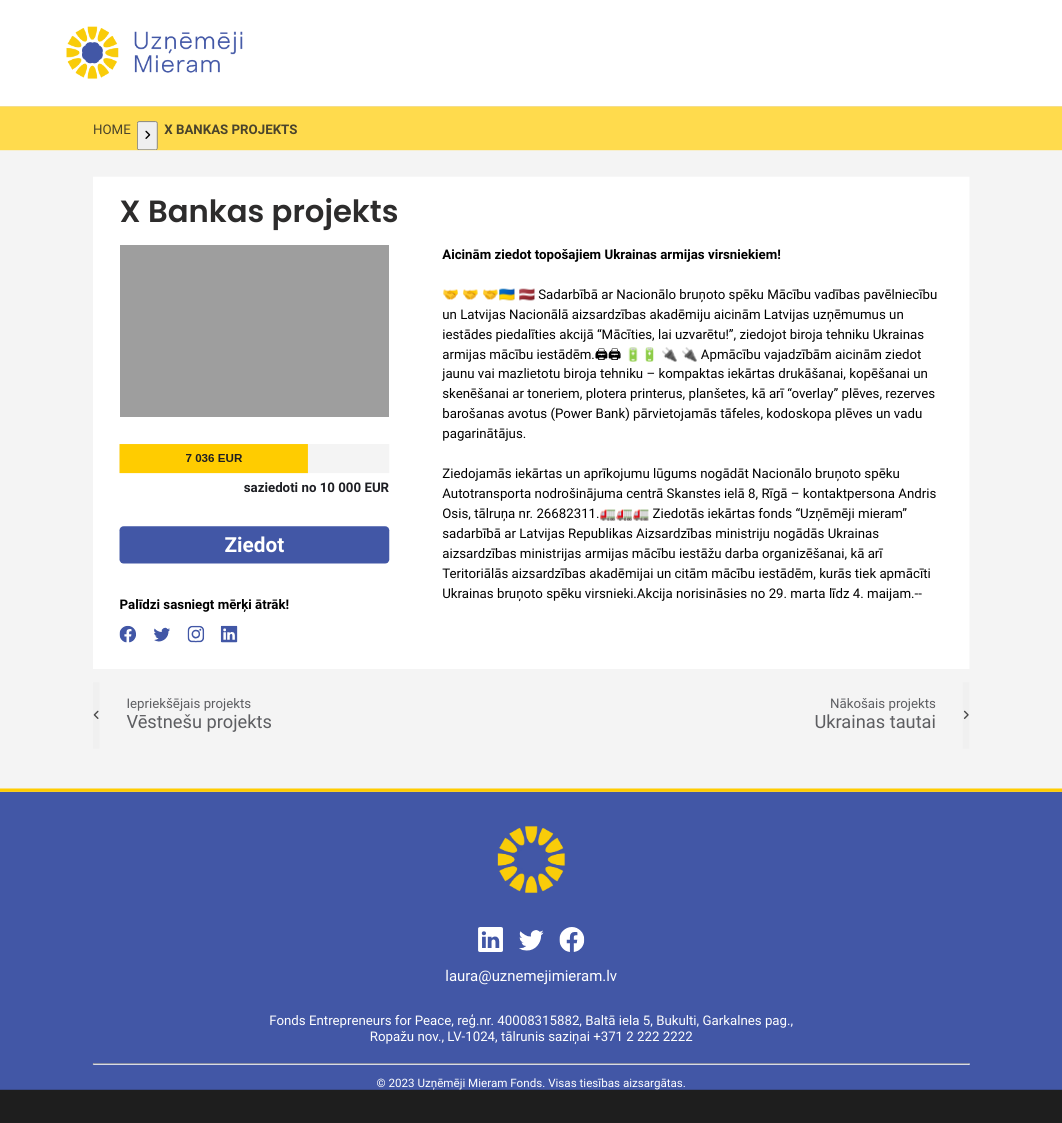
Repository: KatrinaPa/projekts11
Page: projekts-xbank.html
These files come from the project's save history. The page is drawn as it stood at one moment and after the next save; the edit follows.
The browser window is 1280 px wide. The pictures show the whole page, at 83% of full size.
Pictures or frames that could not be fetched are drawn as grey boxes.

Above is the page before, as saved 2023-05-30 22:22:02.
Console error: TypeError: Cannot read properties of null (reading 'children')

### projekts-xbank.html
<!DOCTYPE html>
<html lang="en">

<head>
    <meta charset="UTF-8">
    <meta http-equiv="X-UA-Compatible" content="IE=edge">
    <meta name="viewport" content="width=device-width, initial-scale=1.0">
    <title>X Banka</title>
    <link rel="preconnect" href="https://fonts.googleapis.com">
    <link rel="preconnect" href="https://fonts.gstatic.com" crossorigin>
    <link href="https://fonts.googleapis.com/css2?family=Poppins:wght@300;400;500;600;700&display=swap"
        rel="stylesheet">
    <link rel="preconnect" href="https://fonts.googleapis.com">
    <link rel="preconnect" href="https://fonts.gstatic.com" crossorigin>
    <link href="https://fonts.googleapis.com/css2?family=Poppins:wght@300;400;500;600&display=swap" rel="stylesheet">
    <link rel="stylesheet" href="./assets/main.css" />
    <link rel="stylesheet" href="./assets/projekti.css" />
    <link rel="stylesheet" href="https://cdnjs.cloudflare.com/ajax/libs/font-awesome/6.2.0/css/all.min.css" />
    <script src="assets/main.js" defer></script>
</head>

<body>
    <div class="panel">
        <header class="header">
            <nav class="navbar">
                <a href="sakums.html" id="project-nav-home"><img src="assets/images/UM_logo.png" alt="uznemejiMieram"
                        id="logo"></a>
                <div class="navigation">
                    <ul class="nav-menu">
                        <li class="nav-item"><a href="sakums.html" class="nav-link">Sākums</a></li>
                        <li class="nav-item"><a href="donate_projects.html" class="nav-link">Ziedot</a></li>
                    </ul>
                    <div class="hamburger">
                        <span class="bar"></span>
                        <span class="bar"></span>
                        <span class="bar"></span>
                    </div>
                </div>
            </nav>
        </header>
        <main>
            <section id="wrapper_project" class="section_project">
                <div class="project-nav">
                    <a href="sakums.html" id="project-nav-home">HOME</a>
                    <button class="project-nav-next">
                        <i id="right" class="fa-solid fa-angle-right"></i>
                    </button>
                    <p>X BANKAS PROJEKTS</p>
                </div>
                <div class="carousel_project">
                    <h1>X Bankas projekts</h1>
                    <div class="wrapper_donate_project">
                        <div class="donate_project-left">
                            <img src="assets/images/img_01.jpg" alt="">
                            <div class="thMeter_raised">
                                <div class="thMeter-wrapper">
                                    <button id="thMeter-proj-xbank">7 036 EUR</button>
                                    <p>saziedoti no 10 000 EUR</p>
                                </div>
                            </div>

                            <div class="btn_ziedot-project">
                                <a href="donate_Ukr-private-onetime.html" class="ziedot-proj"
                                    id="ziedot-proj-xbank">Ziedot</a>
                            </div>
                            <div class="share">
                                <p>Palīdzi sasniegt mērķi ātrāk!</p>
                                <div>
                                    <svg xmlns="http://www.w3.org/2000/svg" width="20" height="20" fill="#4257A6"
                                        class="bi bi-facebook" viewBox="0 0 16 16">
                                        <path
                                            d="M16 8.049c0-4.446-3.582-8.05-8-8.05C3.58 0-.002 3.603-.002 8.05c0 4.017 2.926 7.347 6.75 7.951v-5.625h-2.03V8.05H6.75V6.275c0-2.017 1.195-3.131 3.022-3.131.876 0 1.791.157 1.791.157v1.98h-1.009c-.993 0-1.303.621-1.303 1.258v1.51h2.218l-.354 2.326H9.25V16c3.824-.604 6.75-3.934 6.75-7.951z" />
                                    </svg>
                                    <svg xmlns="http://www.w3.org/2000/svg" width="20" height="20" fill="#4257A6"
                                        class="bi bi-twitter" viewBox="0 0 16 16">
                                        <path
                                            d="M5.026 15c6.038 0 9.341-5.003 9.341-9.334 0-.14 0-.282-.006-.422A6.685 6.685 0 0 0 16 3.542a6.658 6.658 0 0 1-1.889.518 3.301 3.301 0 0 0 1.447-1.817 6.533 6.533 0 0 1-2.087.793A3.286 3.286 0 0 0 7.875 6.03a9.325 9.325 0 0 1-6.767-3.429 3.289 3.289 0 0 0 1.018 4.382A3.323 3.323 0 0 1 .64 6.575v.045a3.288 3.288 0 0 0 2.632 3.218 3.203 3.203 0 0 1-.865.115 3.23 3.23 0 0 1-.614-.057 3.283 3.283 0 0 0 3.067 2.277A6.588 6.588 0 0 1 .78 13.58a6.32 6.32 0 0 1-.78-.045A9.344 9.344 0 0 0 5.026 15z" />
                                    </svg>
                                    <svg xmlns="http://www.w3.org/2000/svg" width="20" height="20" fill="#4257A6"
                                        class="bi bi-instagram" viewBox="0 0 16 16">
                                        <path
                                            d="M8 0C5.829 0 5.556.01 4.703.048 3.85.088 3.269.222 2.76.42a3.917 3.917 0 0 0-1.417.923A3.927 3.927 0 0 0 .42 2.76C.222 3.268.087 3.85.048 4.7.01 5.555 0 5.827 0 8.001c0 2.172.01 2.444.048 3.297.04.852.174 1.433.372 1.942.205.526.478.972.923 1.417.444.445.89.719 1.416.923.51.198 1.09.333 1.942.372C5.555 15.99 5.827 16 8 16s2.444-.01 3.298-.048c.851-.04 1.434-.174 1.943-.372a3.916 3.916 0 0 0 1.416-.923c.445-.445.718-.891.923-1.417.197-.509.332-1.09.372-1.942C15.99 10.445 16 10.173 16 8s-.01-2.445-.048-3.299c-.04-.851-.175-1.433-.372-1.941a3.926 3.926 0 0 0-.923-1.417A3.911 3.911 0 0 0 13.24.42c-.51-.198-1.092-.333-1.943-.372C10.443.01 10.172 0 7.998 0h.003zm-.717 1.442h.718c2.136 0 2.389.007 3.232.046.78.035 1.204.166 1.486.275.373.145.64.319.92.599.28.28.453.546.598.92.11.281.24.705.275 1.485.039.843.047 1.096.047 3.231s-.008 2.389-.047 3.232c-.035.78-.166 1.203-.275 1.485a2.47 2.47 0 0 1-.599.919c-.28.28-.546.453-.92.598-.28.11-.704.24-1.485.276-.843.038-1.096.047-3.232.047s-2.39-.009-3.233-.047c-.78-.036-1.203-.166-1.485-.276a2.478 2.478 0 0 1-.92-.598 2.48 2.48 0 0 1-.6-.92c-.109-.281-.24-.705-.275-1.485-.038-.843-.046-1.096-.046-3.233 0-2.136.008-2.388.046-3.231.036-.78.166-1.204.276-1.486.145-.373.319-.64.599-.92.28-.28.546-.453.92-.598.282-.11.705-.24 1.485-.276.738-.034 1.024-.044 2.515-.045v.002zm4.988 1.328a.96.96 0 1 0 0 1.92.96.96 0 0 0 0-1.92zm-4.27 1.122a4.109 4.109 0 1 0 0 8.217 4.109 4.109 0 0 0 0-8.217zm0 1.441a2.667 2.667 0 1 1 0 5.334 2.667 2.667 0 0 1 0-5.334z" />
                                    </svg>
                                    <svg xmlns="http://www.w3.org/2000/svg" width="20" height="20" fill="#4257A6"
                                        class="bi bi-linkedin" viewBox="0 0 16 16">
                                        <path
                                            d="M0 1.146C0 .513.526 0 1.175 0h13.65C15.474 0 16 .513 16 1.146v13.708c0 .633-.526 1.146-1.175 1.146H1.175C.526 16 0 15.487 0 14.854V1.146zm4.943 12.248V6.169H2.542v7.225h2.401zm-1.2-8.212c.837 0 1.358-.554 1.358-1.248-.015-.709-.52-1.248-1.342-1.248-.822 0-1.359.54-1.359 1.248 0 .694.521 1.248 1.327 1.248h.016zm4.908 8.212V9.359c0-.216.016-.432.08-.586.173-.431.568-.878 1.232-.878.869 0 1.216.662 1.216 1.634v3.865h2.401V9.25c0-2.22-1.184-3.252-2.764-3.252-1.274 0-1.845.7-2.165 1.193v.025h-.016a5.54 5.54 0 0 1 .016-.025V6.169h-2.4c.03.678 0 7.225 0 7.225h2.4z" />
                                    </svg>
                                </div>
                            </div>
                        </div>
                        <div class="donate_project-right">
                            <button class="wrapper_btn-up top">
                                <i id="up" class="fa-solid fa-angle-up"></i>
                            </button>
                            <p><strong>Aicinām ziedot topošajiem Ukrainas armijas virsniekiem!</strong>
                                <br><br>
                                🤝 🤝 🤝🇺🇦 🇱🇻 Sadarbībā ar Nacionālo bruņoto spēku Mācību vadības
                                pavēlniecību un Latvijas Nacionālā aizsardzības akadēmiju aicinām
                                Latvijas
                                uzņēmumus un iestādes piedalīties akcijā “Mācīties, lai uzvarētu!”,
                                ziedojot
                                biroja tehniku Ukrainas armijas mācību iestādēm.🖨🖨 🔋🔋 🔌 🔌 Apmācību
                                vajadzībām aicinām ziedot jaunu vai mazlietotu biroja tehniku –
                                kompaktas
                                iekārtas drukāšanai, kopēšanai un skenēšanai ar toneriem, plotera
                                printerus,
                                planšetes, kā arī “overlay” plēves, rezerves barošanas avotus (Power
                                Bank)
                                pārvietojamās tāfeles, kodoskopa plēves un vadu pagarinātājus. <br><br>

                                Ziedojamās iekārtas un aprīkojumu lūgums nogādāt Nacionālo bruņoto spēku
                                Autotransporta nodrošinājuma centrā Skanstes ielā 8, Rīgā –
                                kontaktpersona
                                Andris Osis, tālruņa nr. 26682311.🚛🚛🚛 Ziedotās iekārtas fonds
                                “Uzņēmēji
                                mieram” sadarbībā ar Latvijas Republikas Aizsardzības ministriju nogādās
                                Ukrainas aizsardzības ministrijas armijas mācību iestāžu darba
                                organizēšanai, kā arī Teritoriālās aizsardzības akadēmijai un citām
                                mācību
                                iestādēm, kurās tiek apmācīti Ukrainas bruņoto spēku virsnieki.Akcija
                                norisināsies no 29. marta līdz 4. maijam.--
                            </p>
                            <button class="wrapper_btn-up bottom">
                                <i id="up" class="fa-solid fa-angle-up"></i>
                            </button>
                        </div>
                    </div>
                </div>
                <div class="to-project">
                    <div class="previous">
                        <button class="carousel_proj_btn carousel_proj_btn-left">
                            <i id="left" class="fa-solid fa-angle-left"></i>
                        </button>
                        <div>
                            <p>Iepriekšējais projekts</p>
                            <a href="projekts-ambassadors.html" id="project-nav-ambassadors">Vēstnešu projekts</a>
                        </div>
                    </div>
                    <div class="next">
                        <div>
                            <p>Nākošais projekts</p>
                            <a href="projekts-donateUkr.html" id="project-nav-donate">Ukrainas tautai</a>
                        </div>
                        <button class="carousel_proj_btn carousel_proj_btn-right">
                            <i id="right" class="fa-solid fa-angle-right"></i>
                        </button>
                    </div>
                </div>
                <div class="yellow-bottom"></div>
            </section>
        </main>
    </div>
    <footer>
        <div class="about">
            <img src="assets/images/UM_simbols.png" alt="uznemejiMieram">
            <div class="social">
                <svg xmlns="http://www.w3.org/2000/svg" width="30" height="30" fill="#ffffff" class="bi bi-linkedin"
                    viewBox="0 0 16 16">
                    <path
                        d="M0 1.146C0 .513.526 0 1.175 0h13.65C15.474 0 16 .513 16 1.146v13.708c0 .633-.526 1.146-1.175 1.146H1.175C.526 16 0 15.487 0 14.854V1.146zm4.943 12.248V6.169H2.542v7.225h2.401zm-1.2-8.212c.837 0 1.358-.554 1.358-1.248-.015-.709-.52-1.248-1.342-1.248-.822 0-1.359.54-1.359 1.248 0 .694.521 1.248 1.327 1.248h.016zm4.908 8.212V9.359c0-.216.016-.432.08-.586.173-.431.568-.878 1.232-.878.869 0 1.216.662 1.216 1.634v3.865h2.401V9.25c0-2.22-1.184-3.252-2.764-3.252-1.274 0-1.845.7-2.165 1.193v.025h-.016a5.54 5.54 0 0 1 .016-.025V6.169h-2.4c.03.678 0 7.225 0 7.225h2.4z" />
                </svg>
                <svg xmlns="http://www.w3.org/2000/svg" width="30" height="30" fill="#ffffff" class="bi bi-twitter"
                    viewBox="0 0 16 16">
                    <path
                        d="M5.026 15c6.038 0 9.341-5.003 9.341-9.334 0-.14 0-.282-.006-.422A6.685 6.685 0 0 0 16 3.542a6.658 6.658 0 0 1-1.889.518 3.301 3.301 0 0 0 1.447-1.817 6.533 6.533 0 0 1-2.087.793A3.286 3.286 0 0 0 7.875 6.03a9.325 9.325 0 0 1-6.767-3.429 3.289 3.289 0 0 0 1.018 4.382A3.323 3.323 0 0 1 .64 6.575v.045a3.288 3.288 0 0 0 2.632 3.218 3.203 3.203 0 0 1-.865.115 3.23 3.23 0 0 1-.614-.057 3.283 3.283 0 0 0 3.067 2.277A6.588 6.588 0 0 1 .78 13.58a6.32 6.32 0 0 1-.78-.045A9.344 9.344 0 0 0 5.026 15z" />
                </svg>
                <svg xmlns="http://www.w3.org/2000/svg" width="30" height="30" fill="#ffffff" class="bi bi-facebook"
                    viewBox="0 0 16 16">
                    <path
                        d="M16 8.049c0-4.446-3.582-8.05-8-8.05C3.58 0-.002 3.603-.002 8.05c0 4.017 2.926 7.347 6.75 7.951v-5.625h-2.03V8.05H6.75V6.275c0-2.017 1.195-3.131 3.022-3.131.876 0 1.791.157 1.791.157v1.98h-1.009c-.993 0-1.303.621-1.303 1.258v1.51h2.218l-.354 2.326H9.25V16c3.824-.604 6.75-3.934 6.75-7.951z" />
                </svg>
            </div>
            <div class="contacts">
                <p>laura@uznemejimieram.lv</p>
                <p>Fonds Entrepreneurs for Peace, reģ.nr. 40008315882, Baltā iela 5, Bukulti, Garkalnes pag., Ropažu
                    nov., LV-1024, tālrunis saziņai +371 2 222 2222</p>
            </div>
        </div>
        <div class="copy">
            <hr>
            <p>© 2023 Uzņēmēji Mieram Fonds. Visas tiesības aizsargātas.</p>
        </div>
    </footer>
    </div>

</body>

</html>

### assets/projekti.css
#wrapper_project {
    background-color: #f4f4f4;
    font-family: 'Roboto';
}

.section_project {}

h1 {
    font-size: 37px;
    line-height: 50px;
}

.project-nav {
    display: flex;
    flex-direction: row;
    gap: 0.5rem;
    padding: 1.1rem 7rem 0 7rem;
    background-color: #FFDB4D;
}

.project-nav a {
    text-decoration: none;
    color: #1E1F24;
    font-size: 16px;
    font-weight: 400;
    opacity: 80%;
}

.project-nav a:hover {
    font-weight: 600;
    cursor: pointer;
    opacity: 100%;
}

.project-nav p {
    text-decoration: none;
    color: #1E1F24;
    font-size: 16px;
    font-weight: 600;
    margin-block-start: 0;
    opacity: 80%;
}

.carousel_project {
    position: relative;
    background-color: #ffffff;
    margin: 2rem 7rem 2rem 7rem;
}

.carousel_proj_btn {
    height: 100%;
    margin-top: -1rem;
    padding: 0;
    border: 0;
}

.donate_project-left img {
    width: 100%;
    height: 13rem;
    object-fit: cover;
}

.wrapper_donate_project {
    display: flex;
    flex-direction: row;
    transition: transform 0ms ease-in;
}

.carousel_project h1 {
    padding: 1rem 0 1rem 2rem;
}

.donate_project-left {
    display: flex;
    flex-direction: column;
    width: 35%;
    margin: 0 0 2rem 2rem;
}

.donate_project-right {
    width: 65%;
    height: 100%;
    margin: 0rem 2rem 2rem 4rem;
    margin-block-start: 0;
}

.donate_project-right p {
    margin-block-start: 0;
    line-height: 24px;
    font-size: 16px;
}

.wrapper_project_donate i {
    position: absolute;
    cursor: pointer;
    font-size: 20px;
    color: rgba(0, 0, 0, 0.7);
}

.wrapper_btn-up {
    border-style: none;
    background: none;
    order: 2;
    grid-column: 1/-1;
    display: flex;
    justify-content: flex-end;
}

.wrapper_project_donate p {
    margin: 0;
    grid-column: 1/-1;
}

.thMeter-wrapper {
    width: 100%;
    background-color: #f4f4f4;
}

#thMeter-proj-support,
#thMeter-proj-cars,
#thMeter-proj-drones,
#thMeter-proj-npa,
#thMeter-proj-ambassadors,
#thMeter-proj-xbank {
    background-color: #ffcc00;
    color: #1E1F24;
    font-size: 14px;
}

.thMeter_raised p {
    text-align: right;
    color: #1E1F24;
}

.btn_ziedot-project {
    margin-top: 4rem;
}

.share {
    font-size: 16px;
    font-weight: 600;
    margin-top: 1.5rem;
}

.share div {
    display: flex;
    gap: 1.3rem;
}

.to-project {
    display: flex;
    flex-direction: row;
    justify-content: space-between;
    height: 5rem;
    font-size: 16px;
    color: #1E1F24;
    opacity: 70%;
    margin: 2rem 7rem 2rem 7rem;
}


.to-project:hover {
    opacity: 100%;
    cursor: pointer;
}

.previous {
    display: flex;
    flex-direction: row;
    gap: 1rem;
}

.previous div {
    margin-left: 1rem;
}

.previous p,
.next p {
    margin-block-end: 0;
    margin-block-start: 0;
}

#project-nav-xbanka,
#project-nav-cars,
#project-nav-ambulances,
#project-nav-donate,
#project-nav-drones,
#project-nav-ambassadors {
    color: #1E1F24;
    font-size: 22px;
    text-decoration: none;
    font-weight: 400;
}

#project-nav-xbanka:hover,
#project-nav-cars:hover,
#project-nav-ambulances:hover,
#project-nav-donate:hover,
#project-nav-drones:hover,
#project-nav-ambassadors:hover {
    font-weight: 600;
}

.next {
    display: flex;
    flex-direction: row;
    gap: 1rem;
}

.next div {
    margin-right: 1rem;
    display: flex;
    flex-direction: column;
    align-items: flex-end;
    text-align: right;
}

.yellow-bottom {
    height: 0.25rem;
    background-color: #ffcc00;
}

@media (min-width: 1280px) {

    .wrapper_thMeter_img {
        width: 32%;
        height: 30rem;
    }

    .wrapper_project_donate {
        width: 68%;
    }
}

@media screen and (max-width: 1279px) {

    .section_project {
        padding: 0;
        margin: 0;
    }

    .project-nav {
        padding: 1.1rem 2rem 0 5rem;
    }

    .wrapper_donate_project {
        display: flex;
        flex-direction: row;
    }

    .donate_project-right {
        margin: 0rem 2rem 2rem 2rem;
    }

    .carousel_project {
        margin: 0px 5rem;
    }

    .carousel_proj_btn i {
        font-size: 33px;
    }

    .wrapper_thMeter_img {
        margin: 0.5rem 2rem 0.5rem 2rem;
    }

    .wrapper_thMeter_img img {
        width: 50%;
        height: 10rem;
    }

    .wrapper_project_donate {
        margin: 0.5rem 2rem 2rem 2rem;
    }

    .wrapper_project_donate p {
        padding-bottom: 2rem;
    }

    .thMeter-btn {
        width: 19rem;
    }

    #share {
        font-size: 18px;
    }

    .thMeter-btn {
        width: 16rem;
    }

    .to-project {
        margin: 2rem;
    }
}

@media screen and (min-width: 701px) {
    .wrapper_btn-up {
        display: none;
    }
}

@media screen and (max-width: 700px) {
    .panel {
        max-width: 480px;
    }

    #wrapper_project {}

    .section_project {
        padding-bottom: 0;
    }

    .project-nav {
        padding: 1.1rem 2rem 0 2rem;
    }

    .carousel_project {
        margin: 0;
        padding: 2rem;
    }

    .carousel_project h1 {
        padding: 1rem 0;
        font-size: 47px;
        line-height: 52px;
    }

    .wrapper_donate_project {
        display: flex;
        flex-direction: column;
    }

    .donate_project-left,
    .donate_project-right {
        width: 100%;
        margin: 0;
    }

    .donate_project-right {
        margin-top: 0.5rem;
    }

    .btn_ziedot-project {
        margin-top: 3rem;
    }

    .share {
        display: flex;
        flex-direction: row-reverse;
        justify-content: center;
        align-items: center;
        gap: 1rem;
    }

    .wrapper_thMeter_img {
        padding: 0;
    }

    .wrapper_thMeter_img p {
        display: none;
    }

    .wrapper_donate_project h1 {
        font-size: 24px;
        padding: 2rem 0 0 3rem;
    }

    .wrapper_project_donate {
        padding: 0;
        display: grid;
        grid-gap: 0.5rem;
        margin: 0.5rem 2rem 1rem 2rem
    }

    .wrapper_project_donate i {
        font-size: 22px;
        color: rgba(0, 0, 0, 0.5);
    }

    .wrapper_thMeter_img img {
        width: 100%;
        height: 15rem;
    }

    #thMeter {
        width: 100%;
        margin: 0.3rem 0 0.7rem 0;
    }

    .thMeter-btn {
        width: 22rem;
    }

    .wrapper_btn-up.top {
        margin: 1rem 0;
    }

    .wrapper_btn-up.bottom {
        margin: 1rem 0;
    }

    .wrapper_project_donate p {
        order: 3;
        padding: 1rem 0;
    }

    .to-project {
        margin: 1rem 0 2rem 0;
    }

}

Loaded but not shown: assets/main.js (97 lines, source omitted); assets/main.css (1929 lines, source omitted)

After the next save:
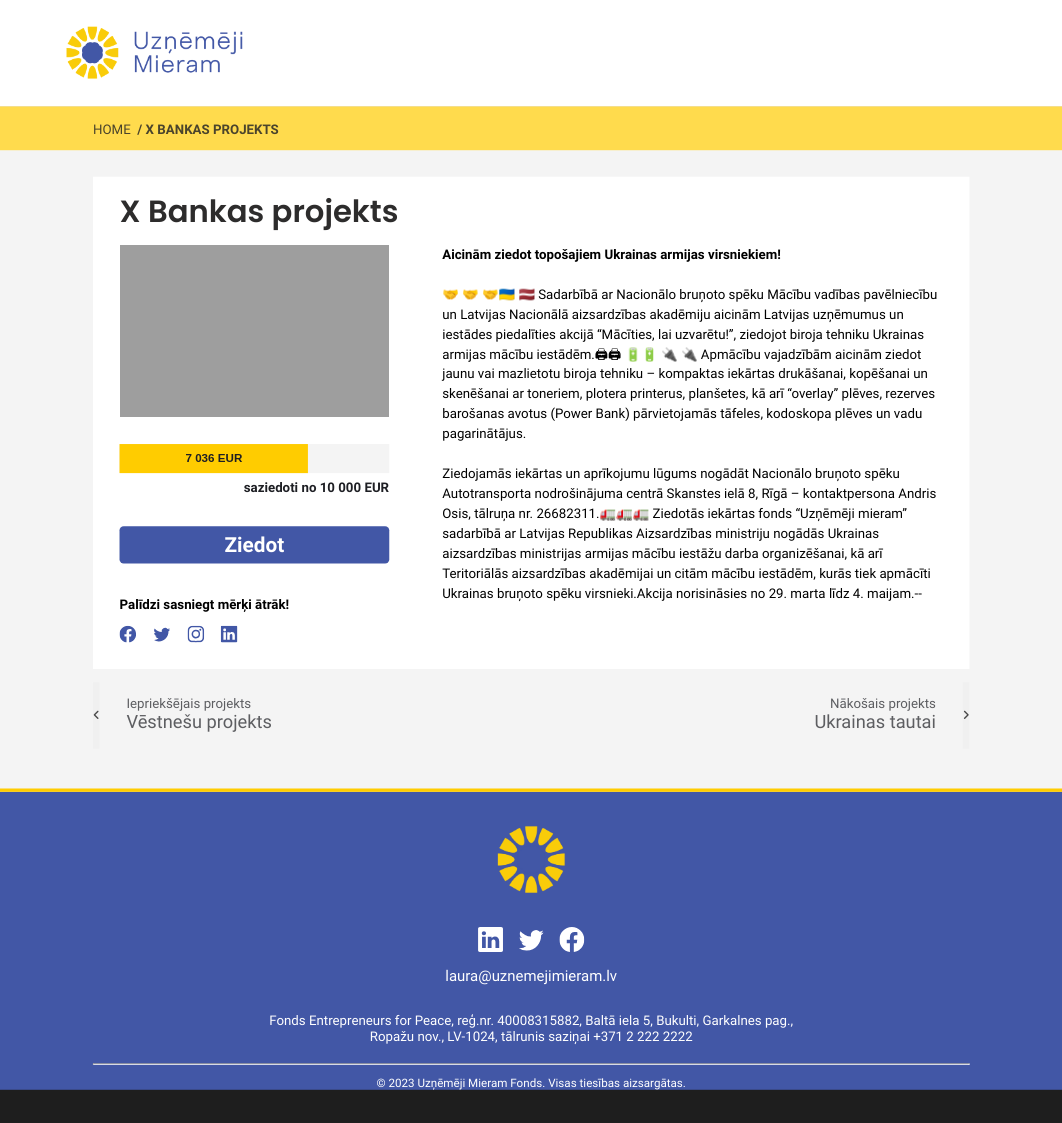
Saved 27 s later.
--- a/projekts-xbank.html
+++ b/projekts-xbank.html
@@ -42,10 +42,7 @@
             <section id="wrapper_project" class="section_project">
                 <div class="project-nav">
                     <a href="sakums.html" id="project-nav-home">HOME</a>
-                    <button class="project-nav-next">
-                        <i id="right" class="fa-solid fa-angle-right"></i>
-                    </button>
-                    <p>X BANKAS PROJEKTS</p>
+                    <p>/ X BANKAS PROJEKTS</p>
                 </div>
                 <div class="carousel_project">
                     <h1>X Bankas projekts</h1>
